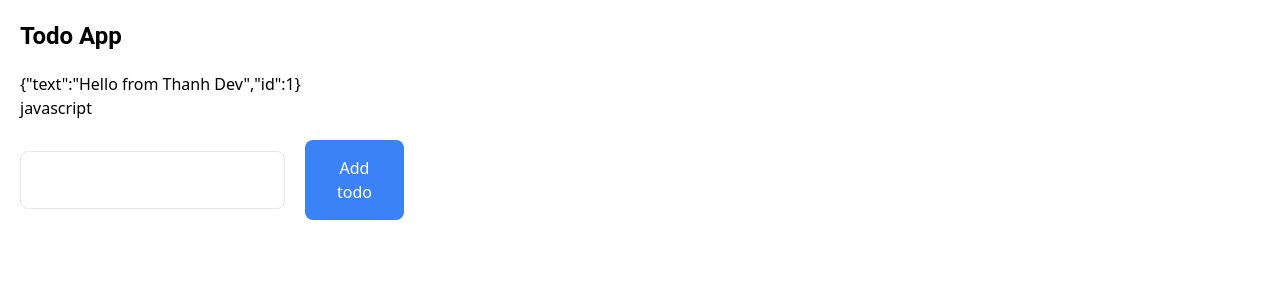
Repository: vophuocthanh/react-typescript
Page: /
An editor plug-in stored every save of this project. The page is shown before and after the next save, followed by the edit.
The browser window is 1280 px wide. The pictures show the whole page.
The project was rebuilt for these pictures with package versions that can differ from the ones it lists, and the page was loaded fresh each time. Also part of the build but not shown: vite.config.ts.

Above is the page before, as saved 2023-04-06 21:27:01.

After the next save:
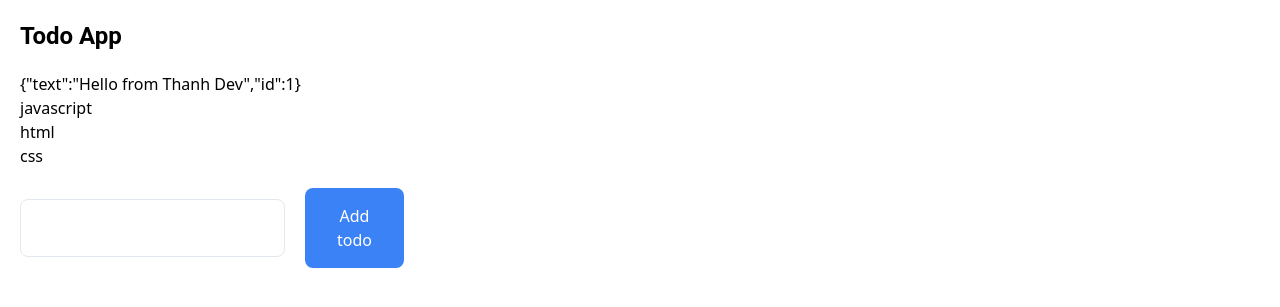
Saved 21 s later.
--- a/src/App.tsx
+++ b/src/App.tsx
@@ -60,7 +60,7 @@ const App = () => {
     <div>
       <Heading title="Todo App"></Heading>
       {JSON.stringify(data)}
-      <List items={["javascript"]}></List>
+      <List items={["javascript", "html", "css"]}></List>
       <div className="max-w-sm">
         <div className="flex flex-col mb-5 gap-y-5">
           {todos.map((todo) => (
